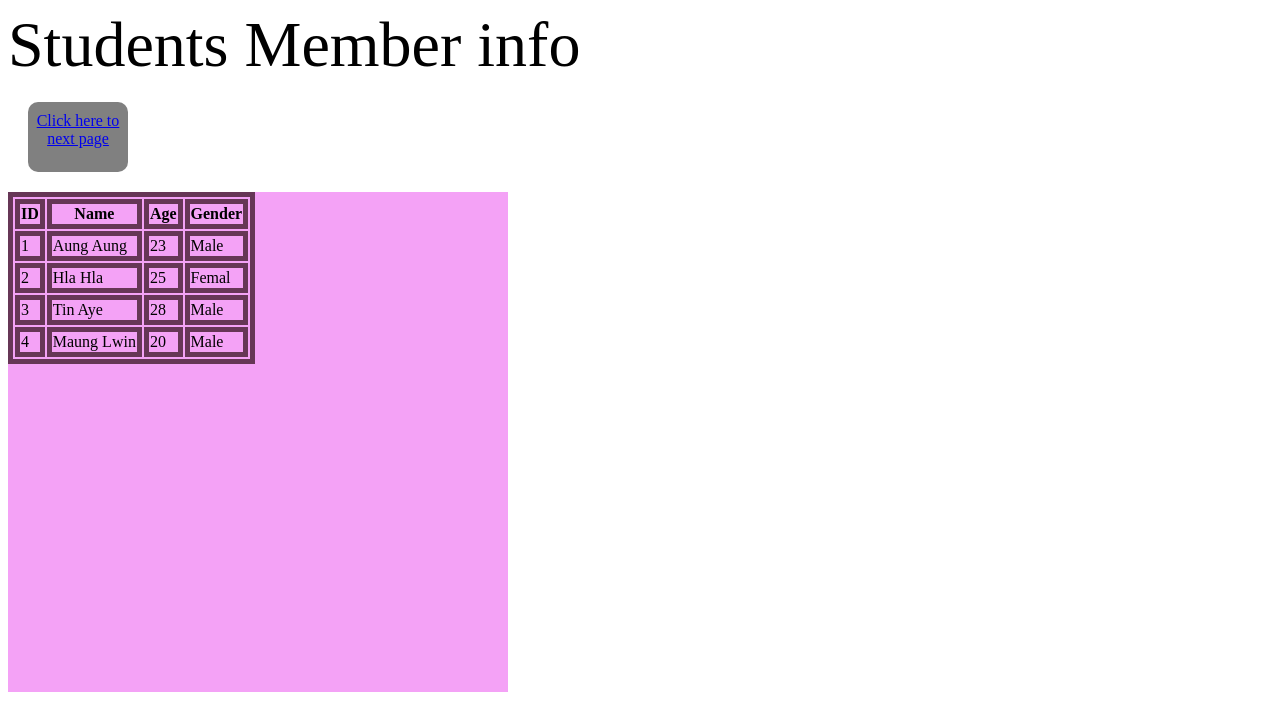
Repository: ThantLwinSoe/Servlet
Page: 01-Communication/src/main/webapp/index.html
These files come from the project's save history. The page is drawn as it stood at one moment and after the next save; the edit follows.
The browser window is 1280 px wide. The pictures show the whole page.

Above is the page before, as saved 2023-02-07 03:05:08.

After the next save:
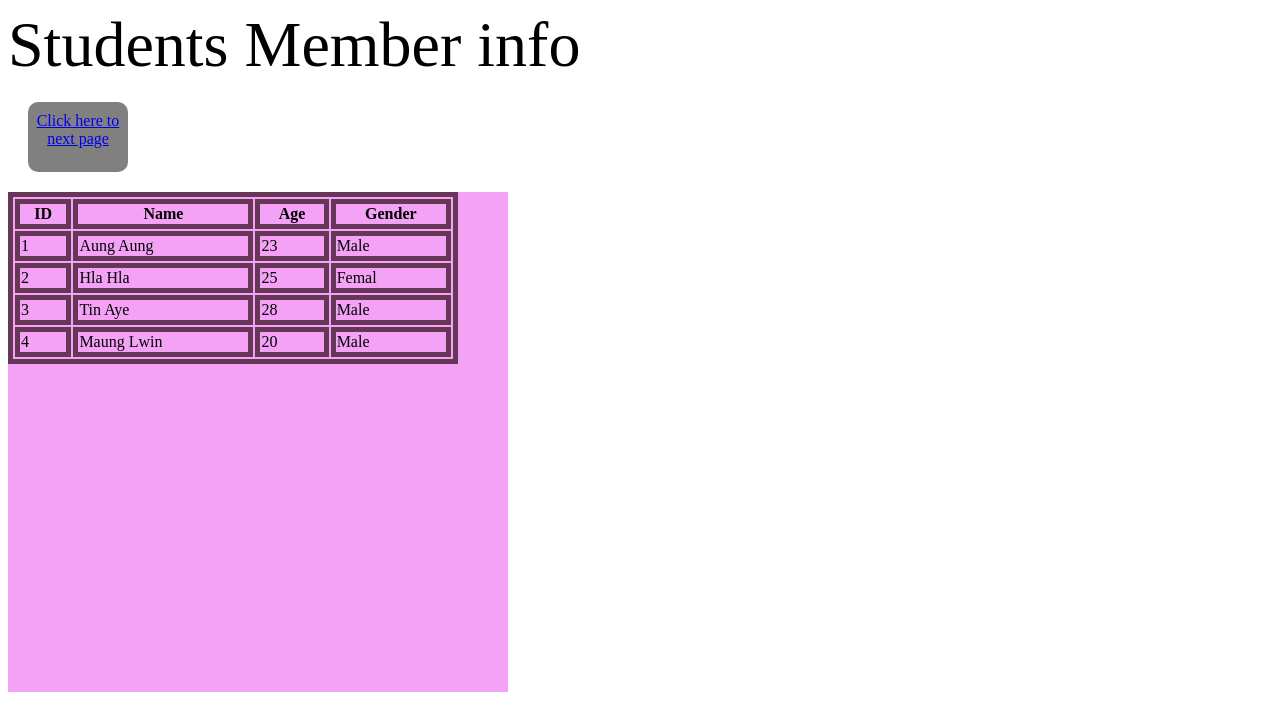
Saved 20 s later.
--- a/01-Communication/src/main/webapp/index.html
+++ b/01-Communication/src/main/webapp/index.html
@@ -28,6 +28,7 @@ h {
 }
 .table_one {
 
+	width: 90%;
 }
 </style>
 <title>Servlet Communication</title>
